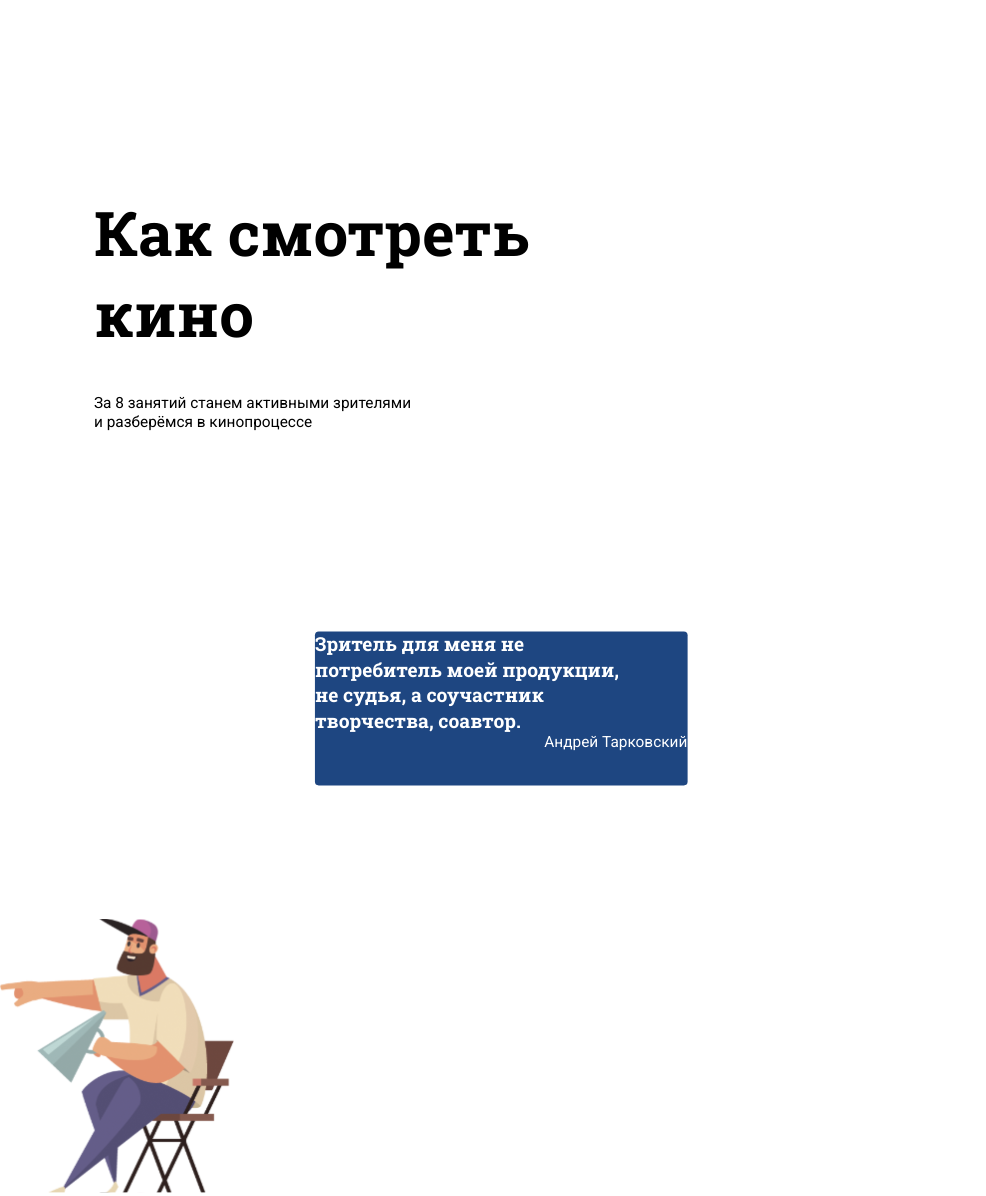
Repository: kubrazamanova/project1
Page: index.html
These files come from the project's save history. The page is drawn as it stood at one moment and after the next save; the edit follows.
The browser window is 1280 px wide. The pictures show the whole page, at 77% of full size.

Above is the page before, as saved 2023-09-09 12:30:00.

After the next save:
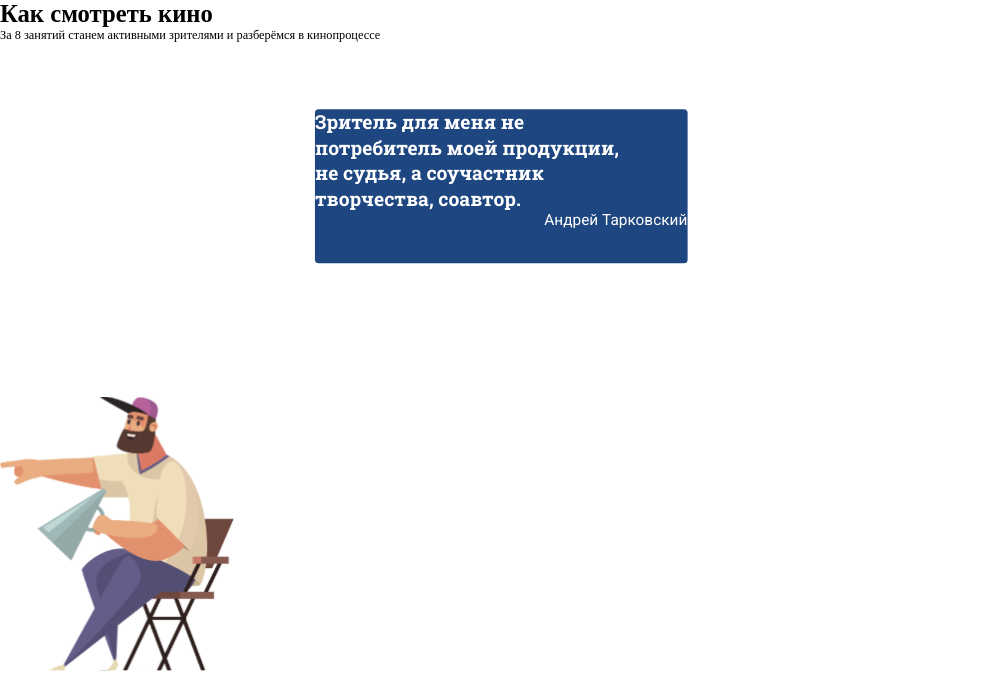
Saved 55 s later.
--- a/index.html
+++ b/index.html
@@ -10,7 +10,7 @@
 
 <body>
   <div class="container">
-    <div class="page">
+    <div class="text-container">
       <h1>Как смотреть кино</h1>
       <p>За 8 занятий станем активными зрителями и разберёмся в кинопроцессе</p>
     </div>

After the 3 saves that followed:
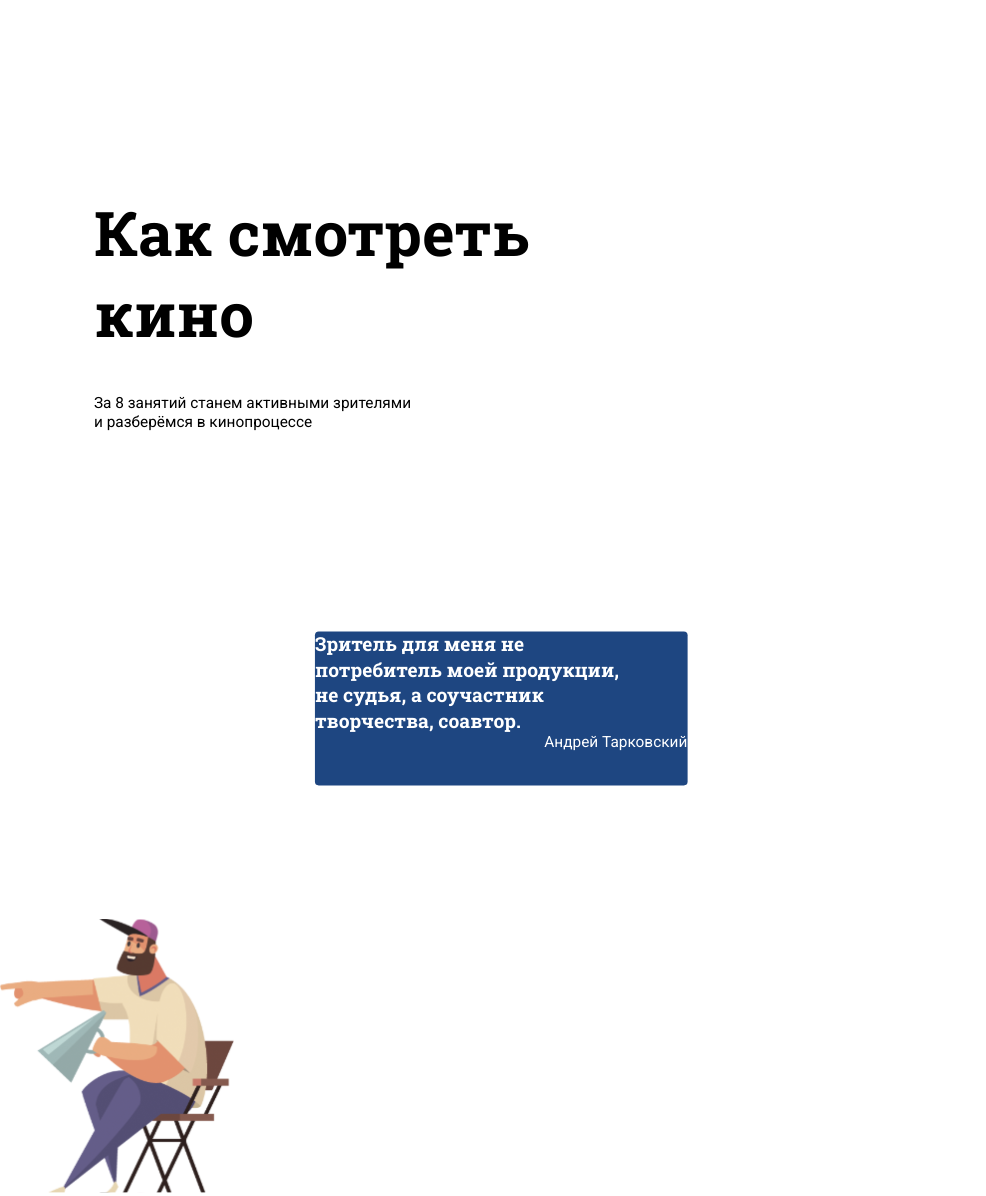
The 3 saves are shown as one change because they came seconds apart.
The last was saved 13 s later.
--- a/index.css
+++ b/index.css
@@ -5,7 +5,7 @@
   box-sizing: border-box;
 }
 
-.page {
+.text-container {
     padding: 248px 246px 174px 122px;
 
 }
@@ -13,7 +13,7 @@
     padding: 87px 0 173px 409px;
 }
 
-.page h1 {
+.text-container h1 {
     margin-bottom: 51px;
     width: 628px;
     color: #000;
@@ -24,7 +24,7 @@
 
 
 }
-.page p {
+.text-container p {
     width: 414px;
     color: #000;
 font-family: Roboto;
